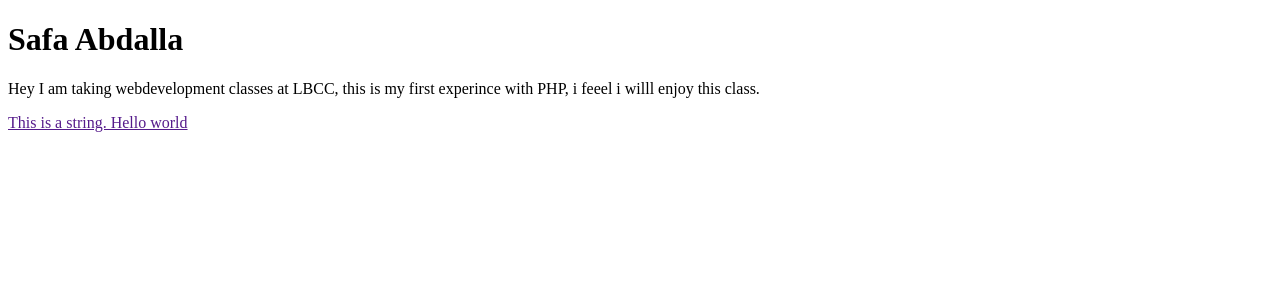
Repository: safaaa01/test
Page: http://localhost/labwork/lab1.php
The author's editor kept a record of every edit. The page is drawn from the files as they stood at one moment, then again after the next edit.
The browser window is 1280 px wide. The pictures show the whole page.
The page is run by PHP 8.4 with error messages shown; the project is at /var/www/html/.

Above is the page before.

After the next edit:
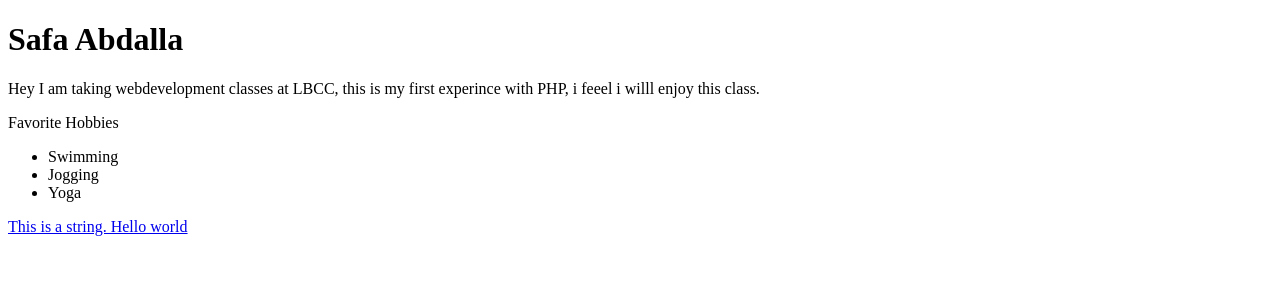
The edit:
--- a/labwork/lab1.php
+++ b/labwork/lab1.php
@@ -10,9 +10,14 @@
 <p>Hey I am taking webdevelopment classes at LBCC,
 this is my first experince with PHP,
 i feeel i willl enjoy this class.</p>
-
+<p>Favorite Hobbies</p>
+<ul>
+  <li>Swimming</li>
+  <li>Jogging</li>
+  <li>Yoga</li>
+</ul>
 <?php
-echo '<a href="">This is a string. Hello world';
+echo '<a href="https://safaaa.000webhostapp.com/">This is a string. Hello world';
 ?>
 </body>
 </html>
